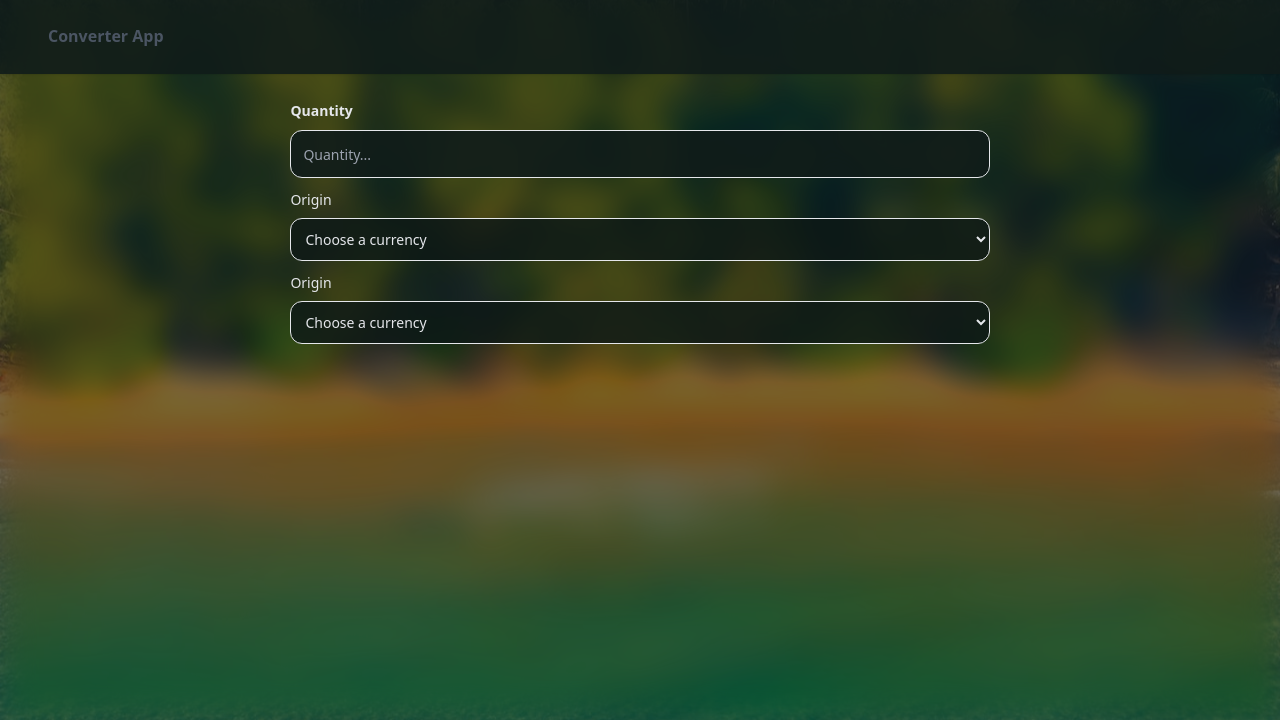
Repository: mikelCabezas/angular-exercices
Page: / (app in converter/)
The author's editor kept a copy of each file at every save. The page is drawn from the files as they stood at one save, then again after the next save.
The browser window is 1280 px wide. The pictures show the whole page.
The project was rebuilt for these pictures with package versions that can differ from the ones it lists, and the page was loaded fresh each time. Also part of the build but not shown: converter/angular.json.

Above is the page before, as saved 2023-09-15 18:29:57.

### converter/src/styles.css
@tailwind base;
@tailwind components;
@tailwind utilities;

body {
    background-image: url('./assets/sunset-beach.jpeg');
    background-position: center;
}

### converter/src/app/app.module.ts
import { NgModule } from '@angular/core';
import { BrowserModule } from '@angular/platform-browser';

import { AppComponent } from './app.component';
import { NavbarComponent } from './components/navbar/navbar.component';
import { ConverterComponent } from './components/converter/converter.component';

@NgModule({
  declarations: [
    AppComponent,
    NavbarComponent,
    ConverterComponent
  ],
  imports: [
    BrowserModule
  ],
  providers: [],
  bootstrap: [AppComponent]
})
export class AppModule { }

### converter/src/app/app.component.ts
import { Component } from '@angular/core';

@Component({
  selector: 'app-root',
  templateUrl: './app.component.html',
  styleUrls: ['./app.component.css']
})
export class AppComponent {
  title = 'converter';
}

### converter/src/app/components/converter/converter.component.ts
import { Component } from '@angular/core';

@Component({
  selector: 'app-converter',
  templateUrl: './converter.component.html',
  styleUrls: ['./converter.component.css']
})
export class ConverterComponent {

}

### converter/src/app/app.component.html
<div class="root min-w-screen min-h-screen bg-gray-900Z bg-[#11192890] backdrop-saturate-200 backdrop-blur-lg">
    <app-navbar/>
    <app-converter/>
</div>

### converter/src/app/components/navbar/navbar.component.html
<nav class="shadow bg-[rgba(16,28,26,0.9)] ">
    <div class="container flex items-center  p-6 mx-auto text-gray-600 capitalize dark:text-gray-300">
        <a href="#" class="border-b-2 border-transparent hover:text-gray-800 dark:hover:text-gray-200 hover:border-blue-500 mx-1.5 sm:mx-6 font-bold">
            Converter App
        </a>
    </div>
</nav>

### converter/src/app/components/converter/converter.component.html
<div class="container mx-auto p-6 flex justify-center">
    <div class="row w-3/5">
        <div class="col px-5">
            <div class="mb-3">
                <label for="email" class="text-sm text-gray-200 font-bold">Quantity</label>
                <input type="number" placeholder="Quantity..." class="mt-2 flex h-12 w-full items-center justify-center rounded-xl border bg-[rgba(16,28,26,0.9)] p-3 text-sm outline-none border-gray-200">
            </div>
        </div>
        <div class="col px-5 mb-3">
            <label for="currency" class="block mb-2 text-sm font-medium text-gray-200">Origin</label>
            <select id="currency" placeholder="Choose a currency" class="text-sm rounded-xl block w-full p-2.5 bg-[rgba(13,24,23,0.8)] border-gray-200 border-[1px] placeholder-gray-200 text-gray-200 focus:white">
                <option selected>Choose a currency</option>
                <option value="EUR">Euro</option>
                <option value="USD">US Dollar</option>
                <option value="CHF">Suiss francs</option>
            </select>
        </div>
        <div class="col px-5">
            <label for="conversion" class="block mb-2 text-sm font-medium text-gray-200">Origin</label>
            <select id="conversion" placeholder="Choose a currency" class="text-sm rounded-xl block w-full p-2.5 bg-[rgba(13,24,23,0.8)] border-gray-200 border-[1px] placeholder-gray-200 text-gray-200 focus:white">
                <option selected>Choose a currency</option>
                <option value="EUR">Euro</option>
                <option value="USD">US Dollar</option>
                <option value="CHF">Suiss francs</option>
            </select>
        </div>
    </div>
</div>

Loaded but not shown: converter/src/index.html (common file); converter/src/main.ts (common file); converter/src/app/components/navbar/navbar.component.ts (common file); converter/tailwind.config.js (common file); converter/src/app/app.component.css (no stored copy; drawn as an empty file); converter/src/app/components/navbar/navbar.component.css (no stored copy; drawn as an empty file); converter/src/app/components/converter/converter.component.css (no stored copy; drawn as an empty file)

After the next save:
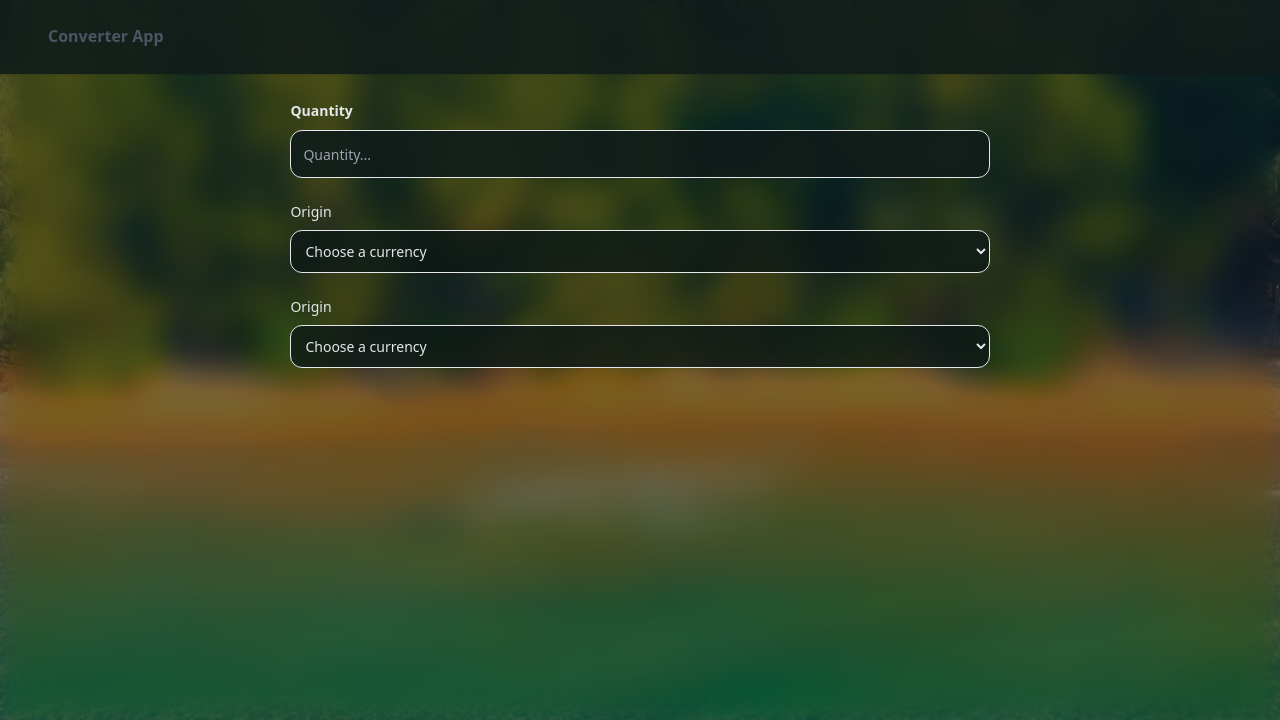
Saved 8 s later.
--- a/converter/src/app/components/converter/converter.component.html
+++ b/converter/src/app/components/converter/converter.component.html
@@ -1,12 +1,12 @@
 <div class="container mx-auto p-6 flex justify-center">
     <div class="row w-3/5">
         <div class="col px-5">
-            <div class="mb-3">
+            <div class="mb-6">
                 <label for="email" class="text-sm text-gray-200 font-bold">Quantity</label>
                 <input type="number" placeholder="Quantity..." class="mt-2 flex h-12 w-full items-center justify-center rounded-xl border bg-[rgba(16,28,26,0.9)] p-3 text-sm outline-none border-gray-200">
             </div>
         </div>
-        <div class="col px-5 mb-3">
+        <div class="col px-5 mb-6">
             <label for="currency" class="block mb-2 text-sm font-medium text-gray-200">Origin</label>
             <select id="currency" placeholder="Choose a currency" class="text-sm rounded-xl block w-full p-2.5 bg-[rgba(13,24,23,0.8)] border-gray-200 border-[1px] placeholder-gray-200 text-gray-200 focus:white">
                 <option selected>Choose a currency</option>
